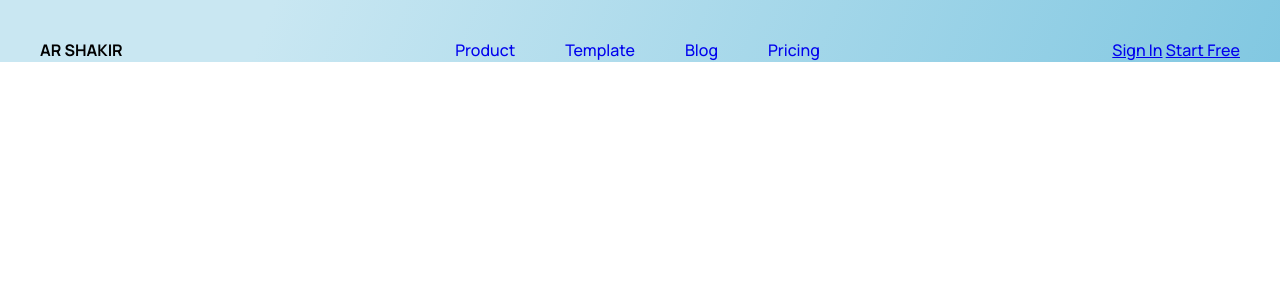
Repository: duongdori/ARShakir
Page: index.html
The author's editor kept a copy of each file at every save. The page is drawn from the files as they stood at one save, then again after the next save.
The browser window is 1280 px wide. The pictures show the whole page.

Above is the page before, as saved 2022-04-01 22:03:22.

### index.html
<!DOCTYPE html>
<html lang="en">
<head>
    <meta charset="UTF-8">
    <meta http-equiv="X-UA-Compatible" content="IE=edge">
    <meta name="viewport" content="width=device-width, initial-scale=1.0">
    <title>Document</title>
    <link rel="preconnect" href="https://fonts.googleapis.com">
    <link rel="preconnect" href="https://fonts.gstatic.com" crossorigin>
    <link href="https://fonts.googleapis.com/css2?family=Manrope:wght@400;500;600;700;800&display=swap" rel="stylesheet">

    <link rel="stylesheet" href="./assets/css/main.css">
</head>
<body>
    <div class="wrapper">
        <header class="header">
            <div class="header-top">
                <div class="container">
                    <div class="header-logo">AR Shakir</div>
                    <ul class="header-menu">
                        <li class="header-menu-item">
                            <a href="#" class="header-menu-item-link">Product</a>
                        </li>
                        <li class="header-menu-item">
                            <a href="#" class="header-menu-item-link">Template</a>
                        </li>
                        <li class="header-menu-item">
                            <a href="#" class="header-menu-item-link">Blog</a>
                        </li>
                        <li class="header-menu-item">
                            <a href="#" class="header-menu-item-link">Pricing</a>
                        </li>
                    </ul>
                    <div class="header-login">
                        <a href="#" class="header-login-signin">Sign In</a>
                        <a href="#" class="header-login-startfree">Start Free</a>
                    </div>
                </div>
            </div>
        </header>
    </div>
</body>
</html>

### assets/css/main.css
*, *::before, *::after {
  box-sizing: border-box;
}
* {
  margin: 0;
}

html, body {
  height: 100%;
}
body {
  line-height: 1.5;
  -webkit-font-smoothing: antialiased;
  -webkit-tap-highlight-color: rgba(0,0,0,0);
}

img, picture, video, canvas, svg {
  display: block;
  max-width: 100%;
}
input, button, textarea, select {
  font: inherit;
  outline: none;
  border: none;
}
p, h1, h2, h3, h4, h5, h6 {
  overflow-wrap: break-word;
}

:root {
    --primary-font: "Manrope";
    --primary-text-color: #000;
}
body {
    font-family: var(--primary-font);
    font-weight: 500;
}

.wrapper {
    max-width: 1440px;
    margin: 0 auto;
}

.container {
    max-width: 1200px;
    margin: 0 auto;
}

.header{
    background: linear-gradient(292.12deg, #62BADA -35.02%, #C9E7F2 78.96%);
}

.header-top{
    padding-top: 38px;
}

.header-top .container {
    display:flex;
    justify-content: space-between;
    align-items: center;
}

.header-logo{
    font-weight: 700;
    font-style: 20px;
    line-height: calc(25 / 20);
    text-transform: uppercase;
    color: var(--primary-text-color);
}

.header-menu{
    display:flex;
    align-items: center;
    gap: 50px;
    list-style: none;
}

.header-menu-item{
    color: var(--primary-text-color);


}

.header-menu-item-link{
    text-decoration: none;

}

.header-login{

}

.header-login-signin{

}

.header-login-startfree{

}

After the next save:
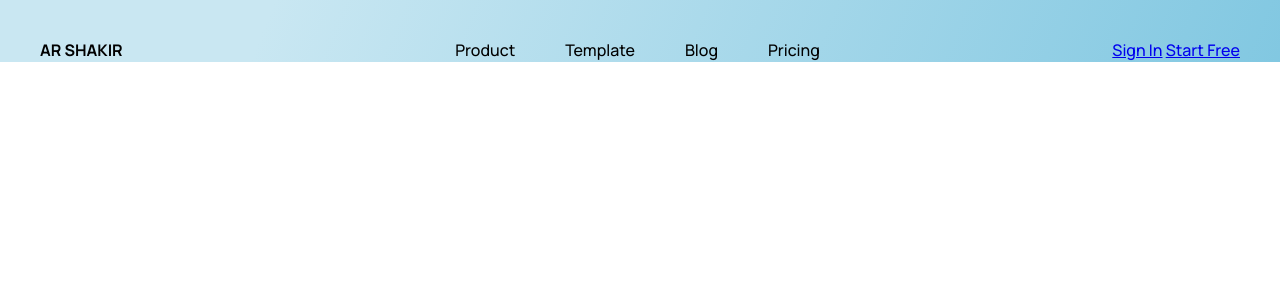
Saved 12 s later.
--- a/assets/css/main.css
+++ b/assets/css/main.css
@@ -76,12 +76,12 @@
 }
 
 .header-menu-item{
-    color: var(--primary-text-color);
 
 
 }
 
 .header-menu-item-link{
+    color: var(--primary-text-color);
     text-decoration: none;
 
 }

After the save that followed:
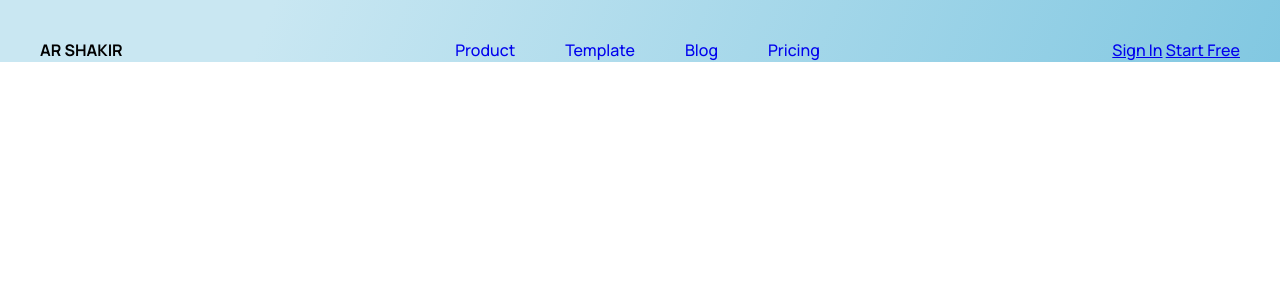
Saved 18 s later.
--- a/assets/css/main.css
+++ b/assets/css/main.css
@@ -81,7 +81,6 @@
 }
 
 .header-menu-item-link{
-    color: var(--primary-text-color);
     text-decoration: none;
 
 }
